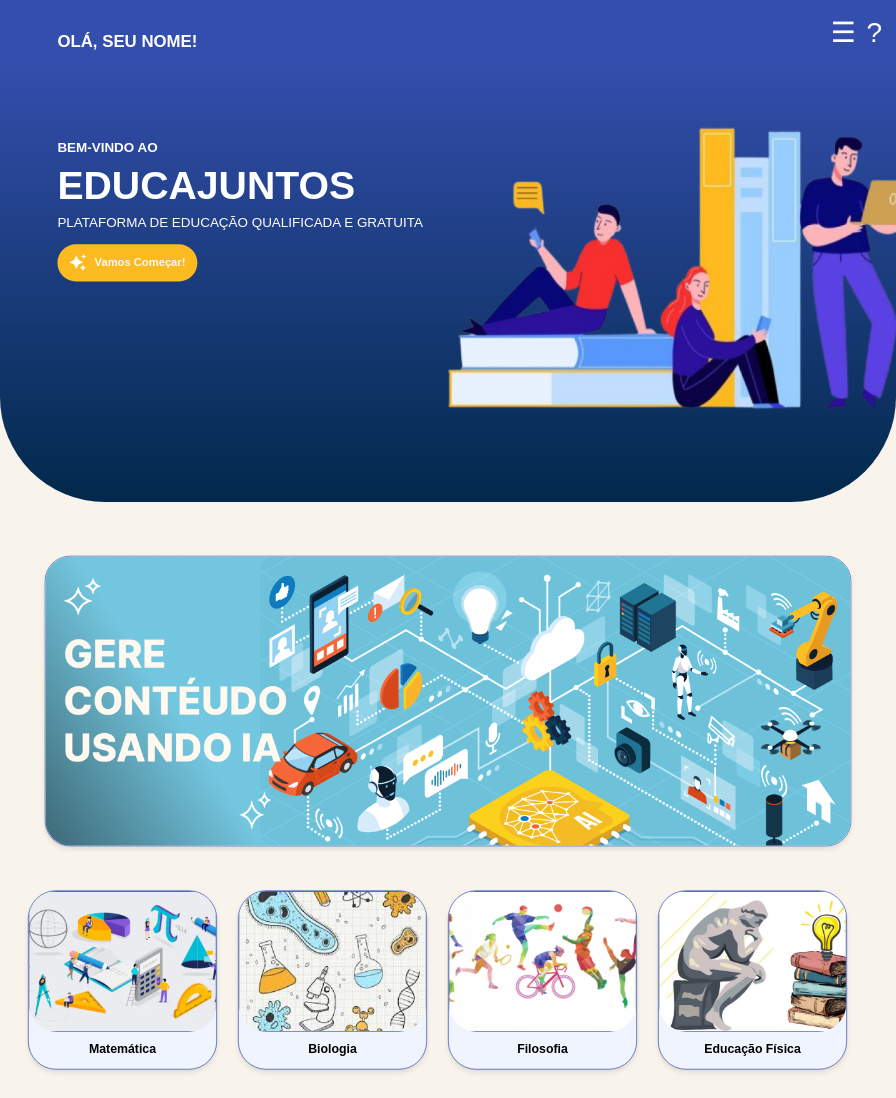
Repository: Matheus904-12/EDUCAJUNTOS
Page: inicio/index.html
An editor plug-in stored every save of this project. The page is shown before and after a run of saves, followed by the edit.
The browser window is 1280 px wide. The pictures show the whole page, at 70% of full size.

Above is the page before, as saved 2024-10-28 20:11:58.

After the next 2 saves:
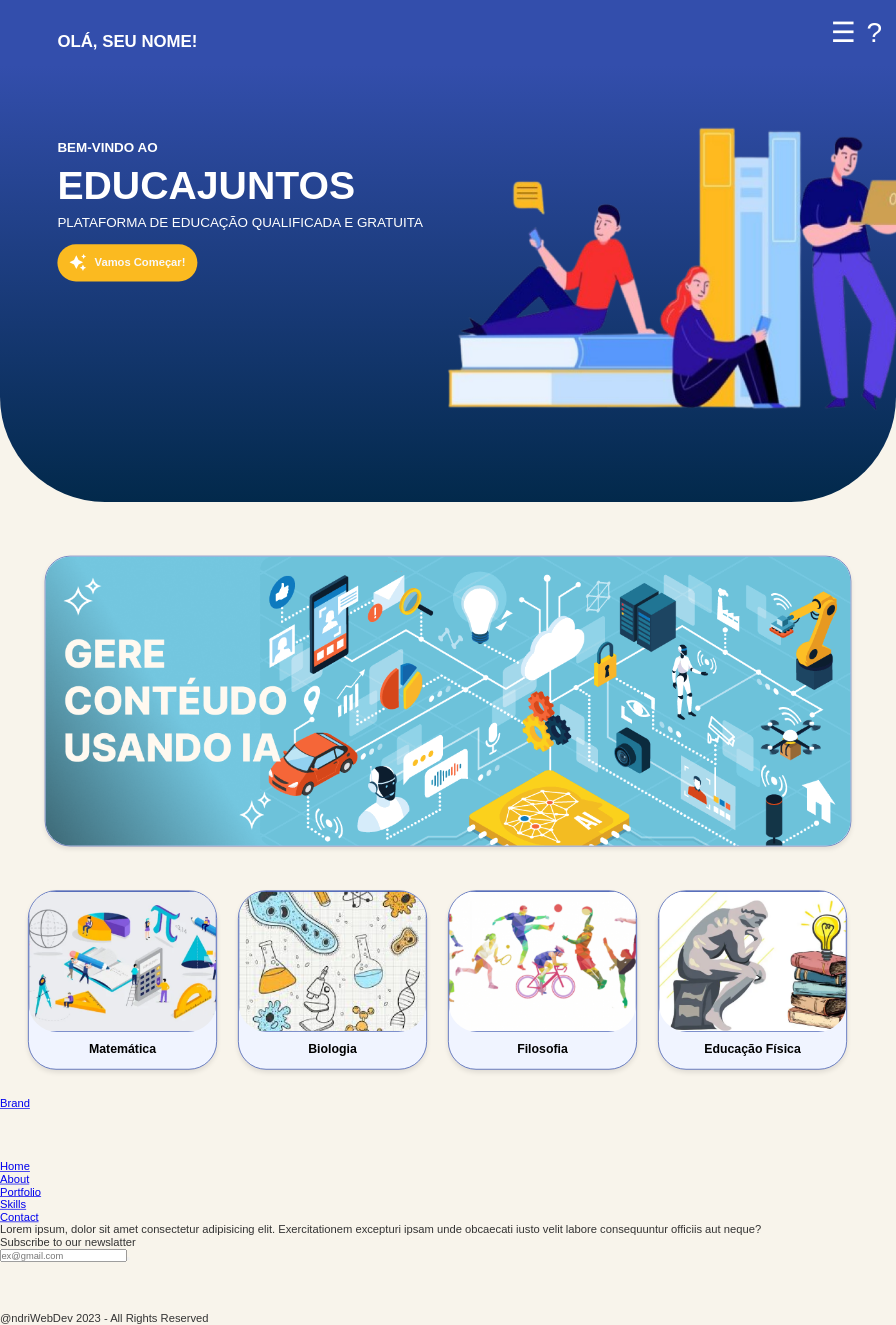
The 2 saves are shown as one change because they came seconds apart.
The last was saved 7 min 11 s later.
--- a/inicio/index.html
+++ b/inicio/index.html
@@ -68,6 +68,65 @@
         </section>
     </main>
 
+    <footer class="footer">
+        <div class="container">
+          <div class="col1">
+            <a href="#" class="brand">Brand</a>
+            <ul class="media-icons">
+              <li>
+                <a href="#"><i class="fa-brands fa-youtube"></i></a>
+              </li>
+              <li>
+                <a href="#"><i class="fa-brands fa-discord"></i></a>
+              </li>
+              <li>
+                <a href="#"><i class="fa-brands fa-instagram"></i></a>
+              </li>
+              <li>
+                <a href="#"><i class="fa-brands fa-github"></i></a>
+              </li>
+            </ul>
+          </div>
+          <div class="col2">
+            <ul class="menu">
+              <li><a href="#">Home</a></li>
+              <li><a href="#">About</a></li>
+              <li><a href="#">Portfolio</a></li>
+              <li><a href="#">Skills</a></li>
+              <li><a href="#">Contact</a></li>
+              <p>Lorem ipsum, dolor sit amet consectetur adipisicing elit. Exercitationem excepturi ipsam unde obcaecati iusto velit labore consequuntur officiis aut neque?</p>
+            </ul>
+          </div>
+          <div class="col3">
+            <p>Subscribe to our newslatter</p>
+            <form>
+              <div class="input-wrap">
+                <input type="email" placeholder="ex@gmail.com" /><button type="submit"><i class="fa-solid fa-paper-plane"></i></button>
+              </div>
+            </form>
+            <ul class="services-icons">
+              <li>
+                <a href="#"><i class="fa-brands fa-cc-paypal"></i></a>
+              </li>
+              <li>
+                <a href="#"><i class="fa-brands fa-cc-apple-pay"></i></a>
+              </li>
+              <li>
+                <a href="#"><i class="fa-brands fa-google-pay"></i></a>
+              </li>
+              <li>
+                <a href="#"><i class="fa-brands fa-cc-amazon-pay"></i></a>
+              </li>
+            </ul>
+          </div>
+        </div>
+        <div class="footer-bottom">
+          <div class="mekk">
+            <p>@ndriWebDev 2023 - All Rights Reserved</p>
+          </div>
+        </div>
+      </footer>
+
     <script src="script.js"></script>
 </body>
 
